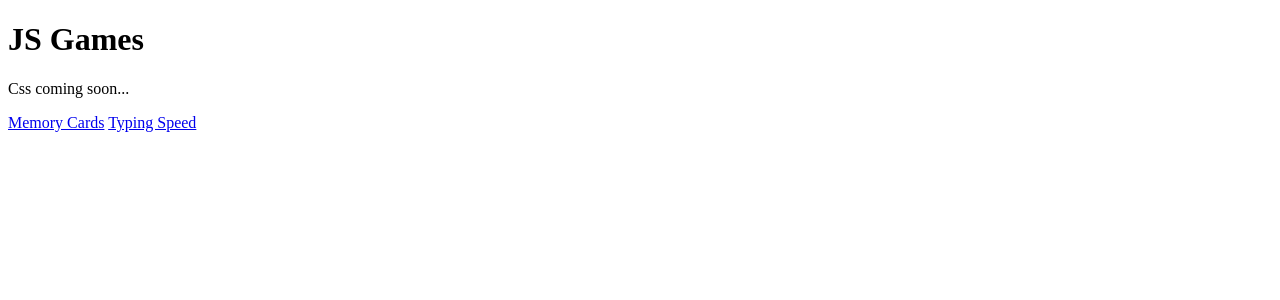
Repository: ThisIsSahaj/Js-Games
Page: index.html
These files come from the project's save history. The page is drawn as it stood at one moment and after the next save; the edit follows.
The browser window is 1280 px wide. The pictures show the whole page.

Above is the page before, as saved 2024-05-20 12:00:37.

After the next save:
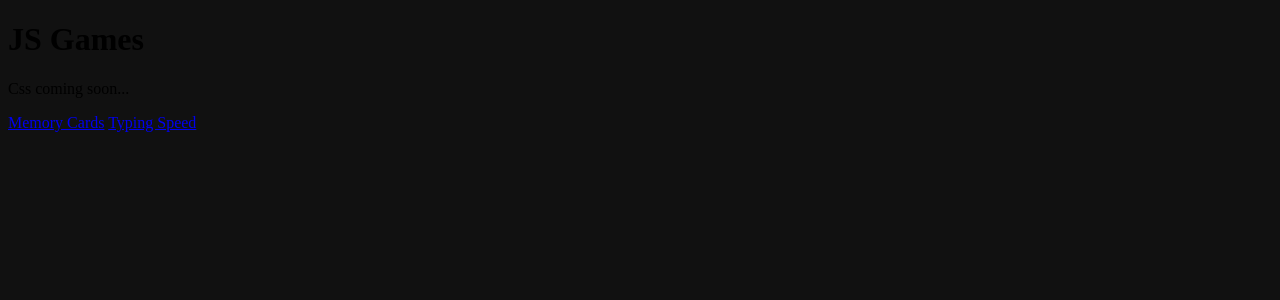
Saved 40 s later.
--- a/index.html
+++ b/index.html
@@ -6,7 +6,8 @@
     <meta name="viewport" content="width=device-width, initial-scale=1.0">
     <title>JS Games</title>
 </head>
-<body>
+<body style="background-color: #111;">
+
     <h1>JS Games</h1>
     <p>Css coming soon...</p>
     <a href="MemoryCards/index.html">Memory Cards</a>
